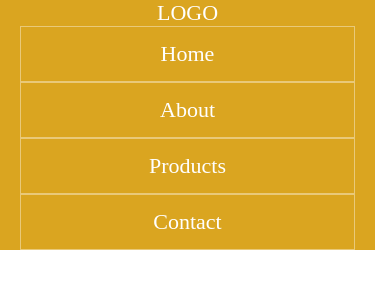
Repository: albayrakfatih/Flex-Navbar
Page: navbar-w-flexbox.html
These files come from the project's save history. The page is drawn as it stood at one moment and after the next save; the edit follows.
The browser window is 375 px wide. The pictures show the whole page.

Above is the page before, as saved 2023-05-09 20:09:24.

### navbar-w-flexbox.html
<!DOCTYPE html>
<html lang="en">
<head>
    <meta charset="UTF-8">
    <meta http-equiv="X-UA-Compatible" content="IE=edge">
    <meta name="viewport" content="width=device-width, initial-scale=1.0">
    <link rel="stylesheet" href="styles.css">
    <title>Navbar With Flexbox</title>
</head>
<body>


    <nav>
        <a href="" class="logo">LOGO</a>
        <ul class="navigation">
            <li><a href="#">Home</a></li>
            <li><a href="#">About</a></li>
            <li><a href="#">Products</a></li>
            <li><a href="#">Contact</a></li>
        </ul>
    </nav>



</body>
</html>

### styles.css
*{
    padding: 0;
    margin: 0;
}

nav{
    display: flex;
    justify-content: space-between;
    background: goldenrod;
    padding: 0 20px;
}



nav a{
    align-self: center;
    text-decoration: none;
    font-size: 22px;
    color: #fff;
}

.navigation{
    list-style-type: none;
    display: flex;
}
.navigation a{
    display: block;
    padding: 14px;
    text-align: center;
}
.navigation a:hover{
    background:  #e8c264;
    border-radius: 50%;

}

@media (max-width:570px){
    nav{
        flex-direction: column;
    }

    .navigation{
        flex-direction: column;
    }
    .navigation a{
        border: 1px solid rgba(255,255,255,0.4);
    }

}

After the next save:
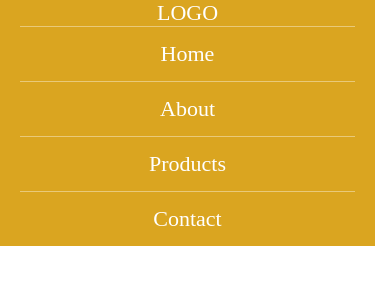
Saved 10 s later.
--- a/styles.css
+++ b/styles.css
@@ -43,7 +43,7 @@
         flex-direction: column;
     }
     .navigation a{
-        border: 1px solid rgba(255,255,255,0.4);
+        border-top: 1px solid rgba(255,255,255,0.4);
     }
 
 }
